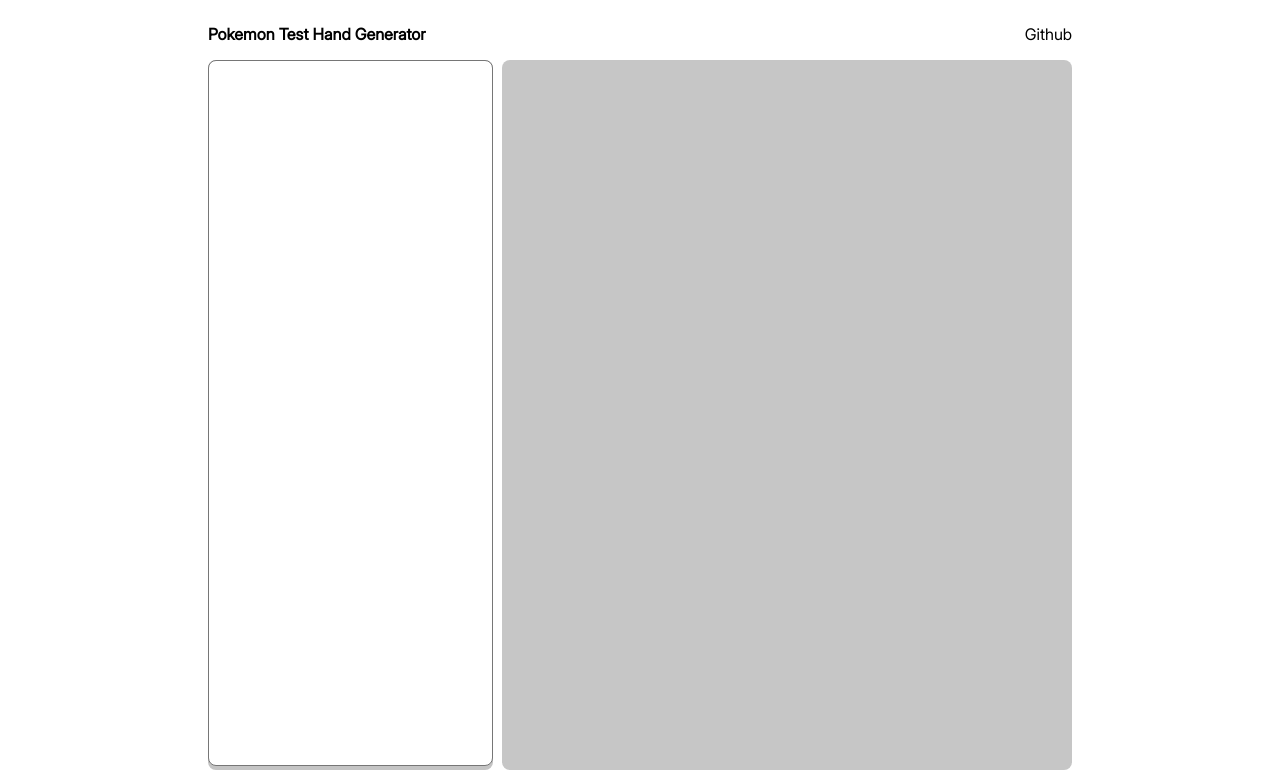
Repository: danielj1415/test-hand-simulator
Page: /
An editor plug-in stored every save of this project. The page is shown before and after the next save, followed by the edit.
The browser window is 1280 px wide. The pictures show the whole page.
The project was rebuilt for these pictures with package versions that can differ from the ones it lists, and the page was loaded fresh each time. Also part of the build but not shown: vite.config.ts, src/index.css.

Above is the page before, as saved 2024-10-30 17:55:04.

### src/App.tsx
import { useState } from 'react'
import './App.css'
import { Outlet, Link } from "react-router-dom";

function App() {

  const [deckList, setDeckList] = useState({
    deck: ''
  })

  // Handle input changes
  const handleChange = (e: { target: { name: any; value: any; }; }) => {
    const { name, value } = e.target;
    setDeckList((prevData) => ({
      ...prevData,
      [name]: value
    }));
  };

  // Handle form submission
  const handleSubmit = (e: { preventDefault: () => void; }) => {
    e.preventDefault(); // Prevents the default form submission behavior
    // Process the form data here (e.g., send to an API)
  };

  return (
    <div>
      <div className = "mainContainer">
        <div className = "navigationBar">
          <p className = "headerTextBold">Pokemon Test Hand Generator</p>
          <p className = "headerText">Github</p>
        </div>
        <div className = "mainBody">
          <div className = "inputDeck">
            <form onSubmit = {handleSubmit}>
              <div>
                <label htmlFor="deck"></label>
                <textarea className = "deckInputDiv" id="deck" name="deck" value={deckList.deck} onChange={handleChange}/>
              </div>
            </form>
          </div>
          <div className = "testHands"></div>
        </div>
      </div>
    </div>
  )
}

export default App

### src/App.css

@import "./fonts.css";

.mainContainer{
  margin-left: 200px;
  margin-right: 200px;
}

.navigationBar{
  display: flex;
  align-items: center;
  justify-content: space-between;
  margin-top: 8px;
}

.headerText{
  font-size: 16px;
  font-family: "Inter";
}

.headerTextBold{
  font-size: 16px;
  font-family: "Inter";
  font-weight: bold;
}

.mainBody{
  display: flex;
  justify-content: space-between;
}

.inputDeck{
  width: 33%;
  background-color: rgb(196, 196, 196);
  border-radius: 8px;
}

.testHands{
  width: 66%;
  background-color: rgb(198, 198, 198);
  border-radius: 8px;
}

.deckInputDiv{
  width: 98%;
  height: 700px;
  resize: none;
  border-radius: 8px;
}

### src/fonts.css
@font-face {
    font-family: "Inter";
    src: url("/src/assets/fonts/Inter_28pt-Regular.ttf");
  }

Loaded but not shown: index.html (common file); src/main.tsx (common file)

After the next save:
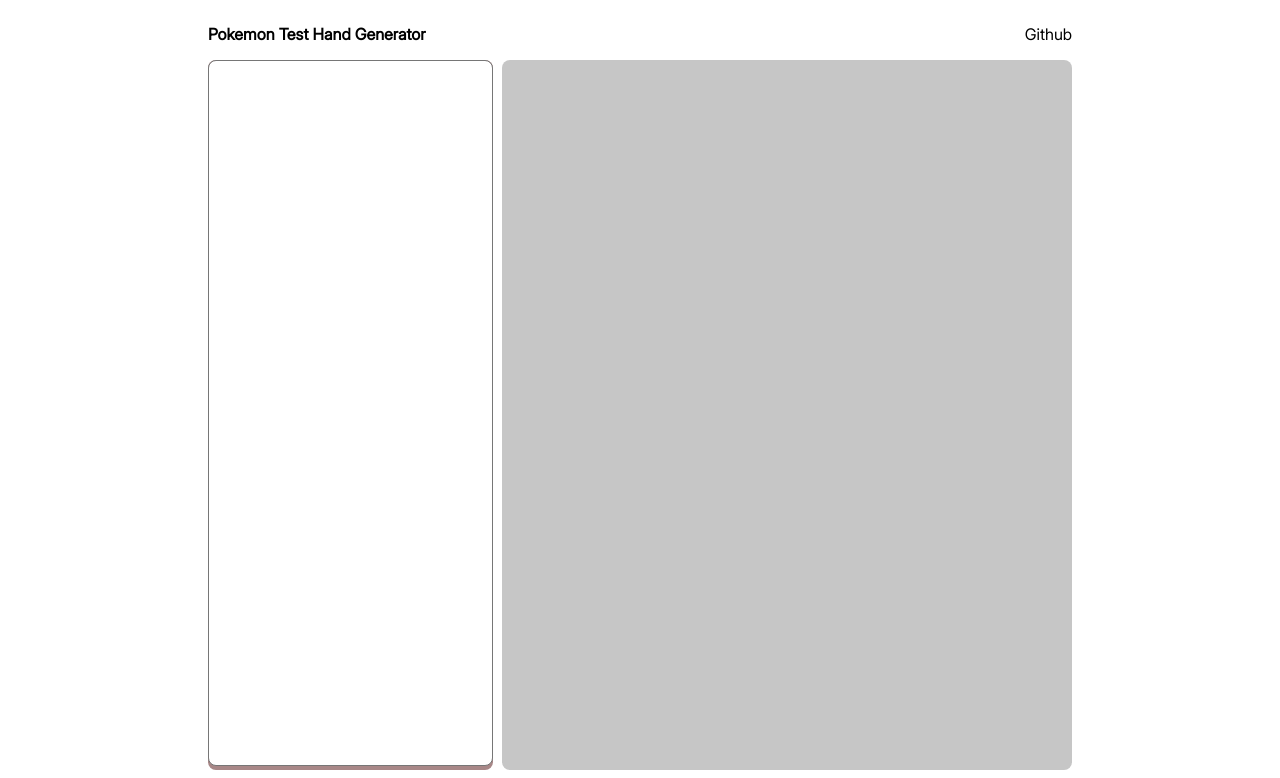
Saved 8 s later.
--- a/src/App.css
+++ b/src/App.css
@@ -31,7 +31,7 @@
 
 .inputDeck{
   width: 33%;
-  background-color: rgb(196, 196, 196);
+  background-color: rgb(168, 135, 135);
   border-radius: 8px;
 }
 

After the save that followed:
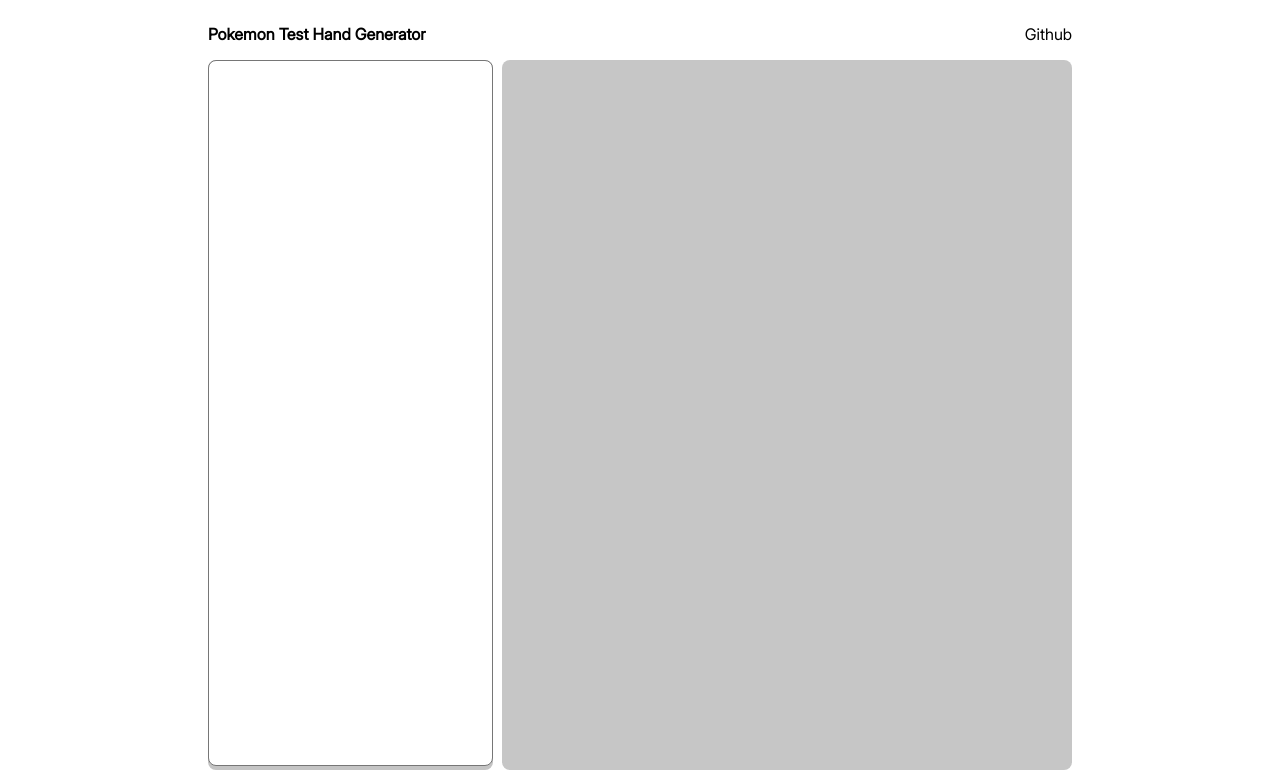
Saved 4 s later.
--- a/src/App.css
+++ b/src/App.css
@@ -31,7 +31,7 @@
 
 .inputDeck{
   width: 33%;
-  background-color: rgb(168, 135, 135);
+  background-color: rgb(196, 196, 196);
   border-radius: 8px;
 }
 
@@ -41,6 +41,7 @@
   border-radius: 8px;
 }
 
+
 .deckInputDiv{
   width: 98%;
   height: 700px;
